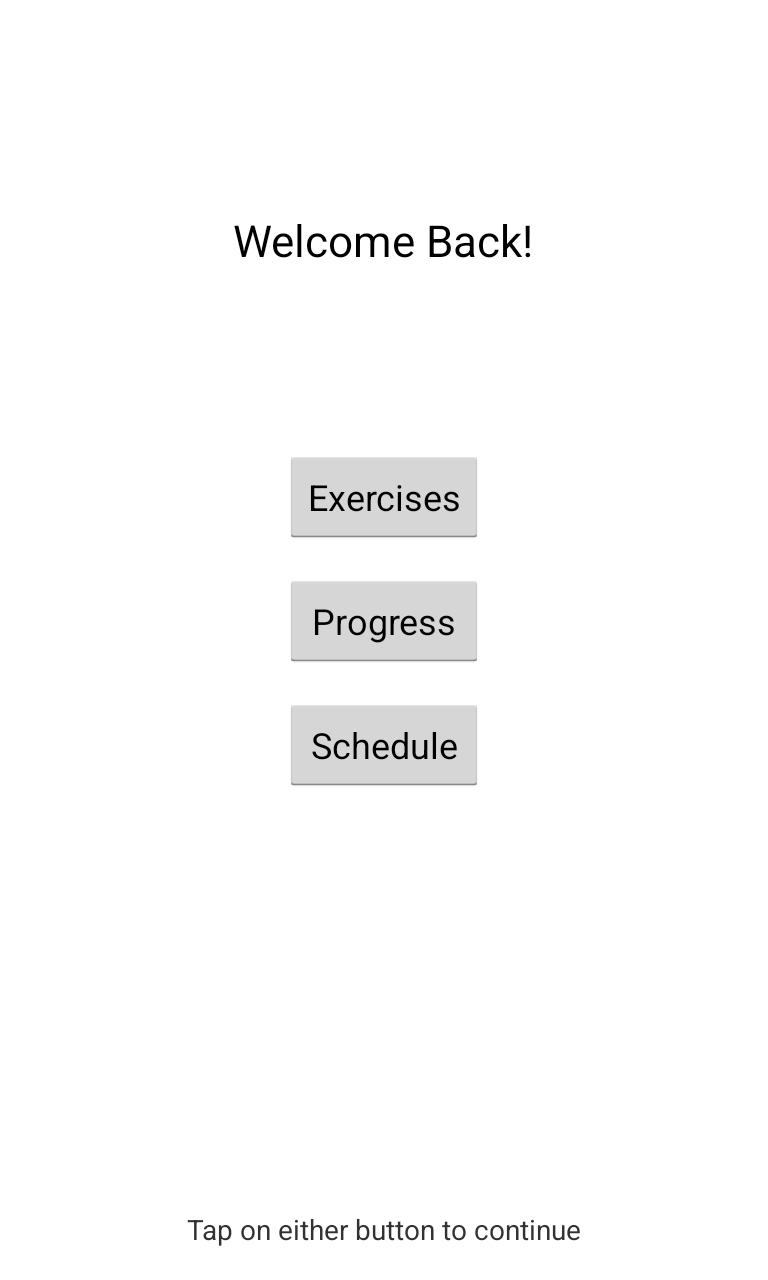
Repository: zi-yang-zhang/ECSE424-Group8
Layout: Hi Fi Prototype/ReHand/ReHand/res/layout/activity_home_page.xml
The author's editor kept a copy of each file at every save. The layout is drawn from the files as they stood at one save, then again after the next save.
It is drawn on a 768 x 1280 px phone screen (xhdpi) without system bars, with theme AppTheme; the app's code is not run.

Above is the layout before, as saved 2014-02-24 22:25:53.

After the next save:
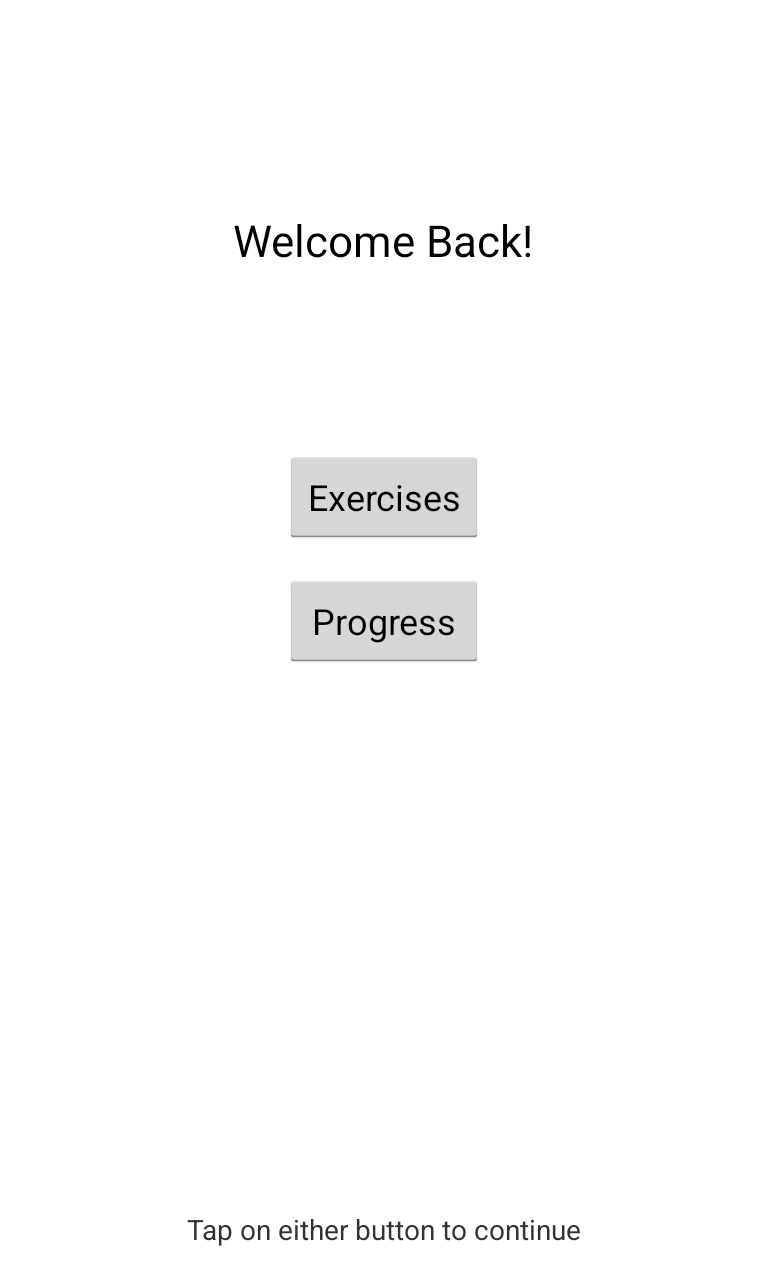
Saved 77 s later.
--- a/Hi Fi Prototype/ReHand/ReHand/res/layout/activity_home_page.xml
+++ b/Hi Fi Prototype/ReHand/ReHand/res/layout/activity_home_page.xml
@@ -40,22 +40,11 @@
         android:id="@+id/Button01"
         android:layout_width="wrap_content"
         android:layout_height="wrap_content"
-        android:layout_alignLeft="@+id/button2"
+        android:layout_alignLeft="@+id/button1"
         android:layout_alignRight="@+id/button1"
         android:layout_below="@+id/button1"
         android:layout_marginTop="14dp"
         android:onClick="goToProgressPage"
         android:text="@string/progress" />
 
-    <Button
-        android:id="@+id/button2"
-        android:layout_width="wrap_content"
-        android:layout_height="wrap_content"
-        android:layout_alignLeft="@+id/button1"
-        android:layout_alignRight="@+id/button1"
-        android:layout_below="@+id/Button01"
-        android:layout_marginTop="14dp"
-        android:onClick="goToSchedulePage"
-        android:text="@string/schedule" />
-
 </RelativeLayout>
